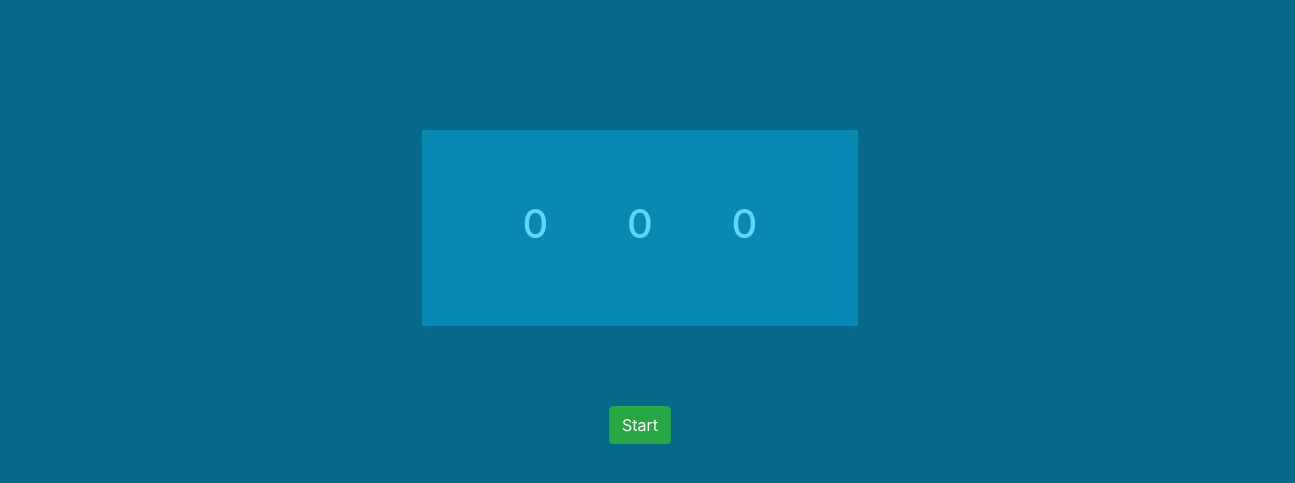
Repository: moiz9265/stopwatch
Page: index.html
These files come from the project's save history. The page is drawn as it stood at one moment and after a run of saves; the edit follows.
The browser window is 1280 px wide. The page is 1295 px wide, so the pictures cover 1295 px, including what lies to the right of the window. The pictures show the whole page.

Above is the page before, as saved 2020-07-09 22:59:12.

After the next 2 saves:
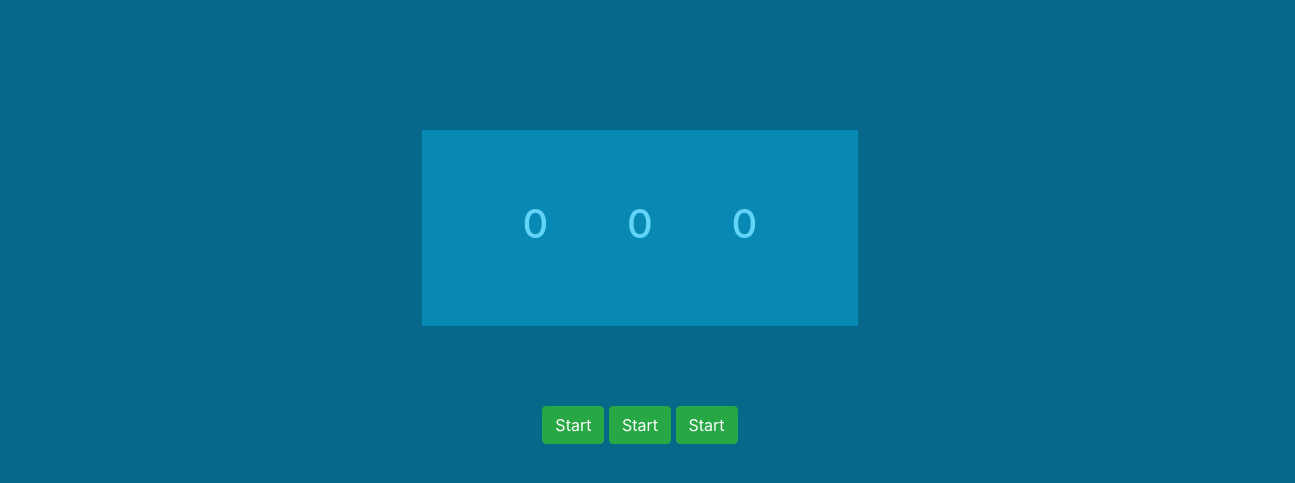
The 2 saves are shown as one change because they came seconds apart.
The last was saved 7 s later.
--- a/index.html
+++ b/index.html
@@ -33,6 +33,9 @@
             </div>
             <div  style=" text-align: center;" class="col-sm-12 col-md-4">
                <button class="btn btn-md btn-success">Start</button>
+               <button class="btn btn-md btn-success">Start</button>
+               <button class="btn btn-md btn-success">Start</button>
+
             </div>
             <div class="col-md-4">
 
